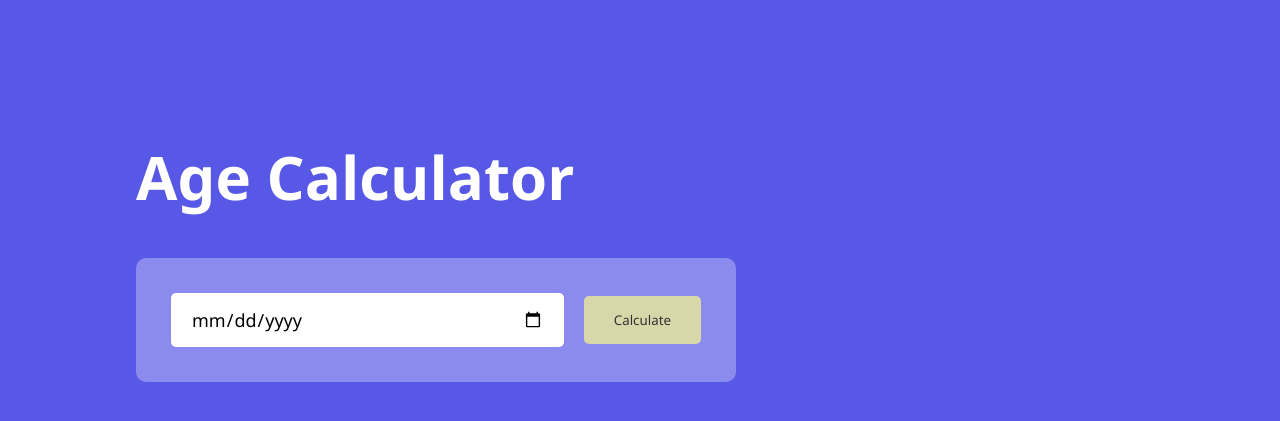
Repository: Thamayanthi-Narayanan/Age-Calculator
Page: index.html
An editor plug-in stored every save of this project. The page is shown before and after the next save, followed by the edit.
The browser window is 1280 px wide. The pictures show the whole page.

Above is the page before, as saved 2025-05-23 07:13:07.

After the next save:
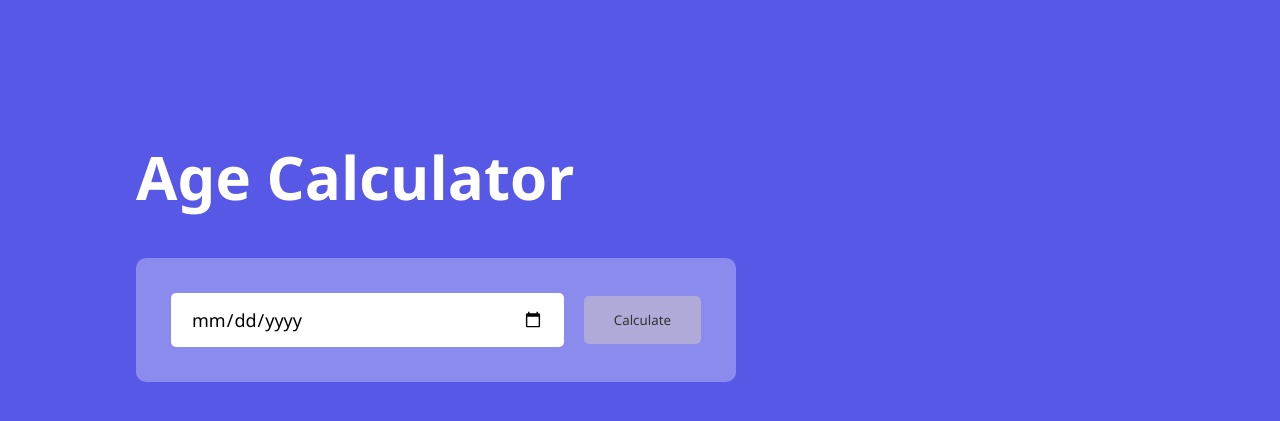
Saved 5 s later.
--- a/style.css
+++ b/style.css
@@ -39,7 +39,7 @@
     position: relative;
 }
 .input-box button{
-    background: #d7d7aa;
+    background: #afaad7;
     border: 0;
     outline: 0;
     padding: 15px 30px;
